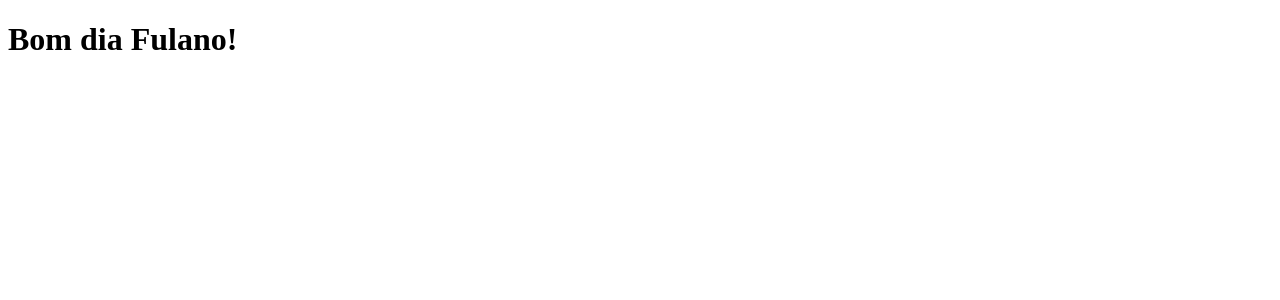
Repository: evertonagilar/Curso-Web-Moderno-Completo
Page: / (app in cap22-React/exercicios/)
These files come from the project's save history. The page is drawn as it stood at one moment and after a run of saves; the edit follows.
The browser window is 1280 px wide. The pictures show the whole page.
The project was rebuilt for these pictures with package versions that can differ from the ones it lists, and the page was loaded fresh each time.

Above is the page before, as saved 2023-09-18 19:47:35.

### cap22-React/exercicios/public/index.html
<!doctype html>
<html lang="en">
  <head>
    <meta charset="utf-8">
    <meta name="viewport" content="width=device-width, initial-scale=1">
    <link rel="shortcut icon" href="%PUBLIC_URL%/favicon.ico">
    <!--
      Notice the use of %PUBLIC_URL% in the tag above.
      It will be replaced with the URL of the `public` folder during the build.
      Only files inside the `public` folder can be referenced from the HTML.

      Unlike "/favicon.ico" or "favicon.ico", "%PUBLIC_URL%/favicon.ico" will
      work correctly both with client-side routing and a non-root public URL.
      Learn how to configure a non-root public URL by running `npm run build`.
    -->
    <title>Exercícios React</title>
  </head>
  <body>
    <div id="root"></div>
    <!--
      This HTML file is a template.
      If you open it directly in the browser, you will see an empty page.

      You can add webfonts, meta tags, or analytics to this file.
      The build step will place the bundled scripts into the <body> tag.

      To begin the development, run `npm start`.
      To create a production bundle, use `npm run build`.
    -->
  </body>
</html>

### cap22-React/exercicios/src/index.js
import React from "react";
import ReactDOM from "react-dom";

import BomDia from './components/BomDia'


ReactDOM.render(<BomDia nome="Everton" />, document.getElementById('root'))

### cap22-React/exercicios/src/components/BomDia.jsx
import React from 'react';

export default props => <h1>Bom dia Fulano!</h1>

After the next 2 saves:
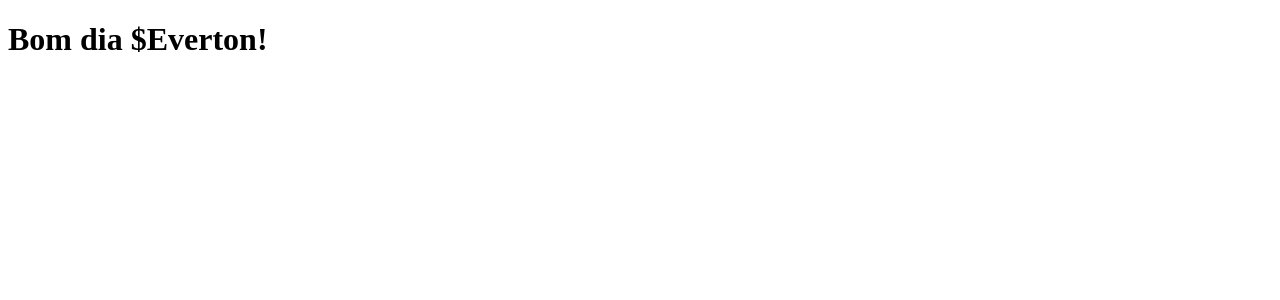
The 2 saves are shown as one change because they came seconds apart.
The last was saved 10 s later.
--- a/cap22-React/exercicios/src/components/BomDia.jsx
+++ b/cap22-React/exercicios/src/components/BomDia.jsx
@@ -1,3 +1,3 @@
 import React from 'react';
 
-export default props => <h1>Bom dia Fulano!</h1>
+export default props => <h1>Bom dia ${props.nome}!</h1>
